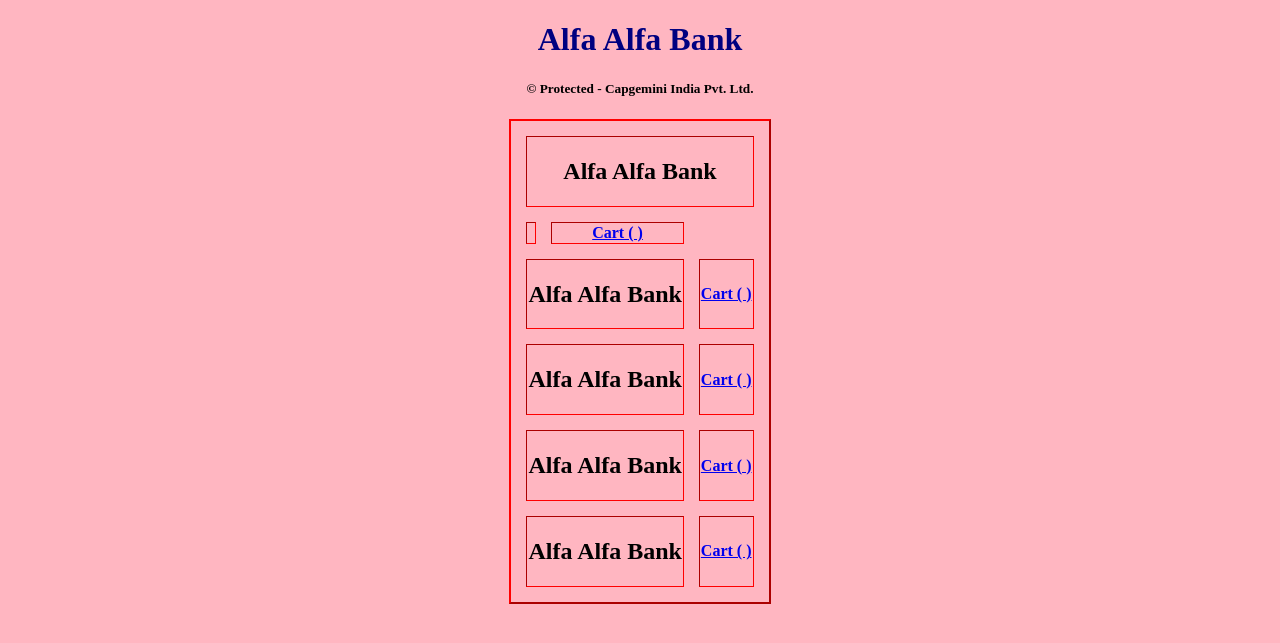
Repository: Rccalfa123/OnlineBankingApp
Page: http://localhost/AlfaAlfaBankApp/home.jsp
An editor plug-in stored every save of this project. The page is shown before and after the next save, followed by the edit.
The browser window is 1280 px wide. The pictures show the whole page.
The page is served by Tomcat 9. Other server files are loaded and not shown.

Above is the page before, as saved 2018-08-10 10:40:45.

### AlfaAlfaBankApp/WebContent/home.jsp
<%@ page language="java" contentType="text/html; charset=ISO-8859-1"
	pageEncoding="ISO-8859-1"%>
<%@taglib prefix="alfa" uri="http://java.sun.com/jsp/jstl/core"%>
<!DOCTYPE html>
<html>
<head>

<link rel="stylesheet" type="text/css" href="mystyle.css">

<meta charset="ISO-8859-1">
<title>Alfa Alfa Bank</title>
</head>
<body>
	<jsp:include page="header.jsp"></jsp:include>
	<form action=".app" method="get">

		<div>
			<table cellspacing="15" align="center" border="2">
				<tr>
					<th colspan="6" height="35"><h2>Alfa Alfa Bank</h2></th>
				</tr>

				<tr>
					<th>  </th>
					<th><a href="Cart.jsp">Cart ( ${sessionScope.counter} )</a></th>
				</tr>

				<tr>
					<th colspan="4" height="35"><h2>Alfa Alfa Bank</h2></th>
					<th><a href="Cart.jsp">Cart ( ${sessionScope.counter} )</a></th>
				</tr>

				<tr>
					<th colspan="4" height="35"><h2>Alfa Alfa Bank</h2></th>
					<th><a href="Cart.jsp">Cart ( ${sessionScope.counter} )</a></th>
				</tr>

				<tr>
					<th colspan="4" height="35"><h2>Alfa Alfa Bank</h2></th>
					<th><a href="Cart.jsp">Cart ( ${sessionScope.counter} )</a></th>
				</tr>

				<tr>
					<th colspan="4" height="35"><h2>Alfa Alfa Bank</h2></th>
					<th><a href="Cart.jsp">Cart ( ${sessionScope.counter} )</a></th>
				</tr>
		</div>

	</form>
	<jsp:include page="footer.html"></jsp:include>

</body>
</html>

### AlfaAlfaBankApp/WebContent/header.jsp
<%@taglib prefix="jstl" uri="http://java.sun.com/jsp/jstl/core" %>
<div align="center">
	<h1>Alfa Alfa Bank</h1>
</div>

### AlfaAlfaBankApp/WebContent/footer.html
<div align="center">
<h5>&copy; Protected - Capgemini India Pvt. Ltd.</h5>
</div>

### AlfaAlfaBankApp/WebContent/mystyle.css
@charset "ISO-8859-1";

body {
    background-color: lightpink;
}

h1 {
    color: navy;
}

td{

 font-family: sans-serif;

}

table {
	border-color: red;
	border-right: 2px 2px 2px 2px ;
}

After the next save:
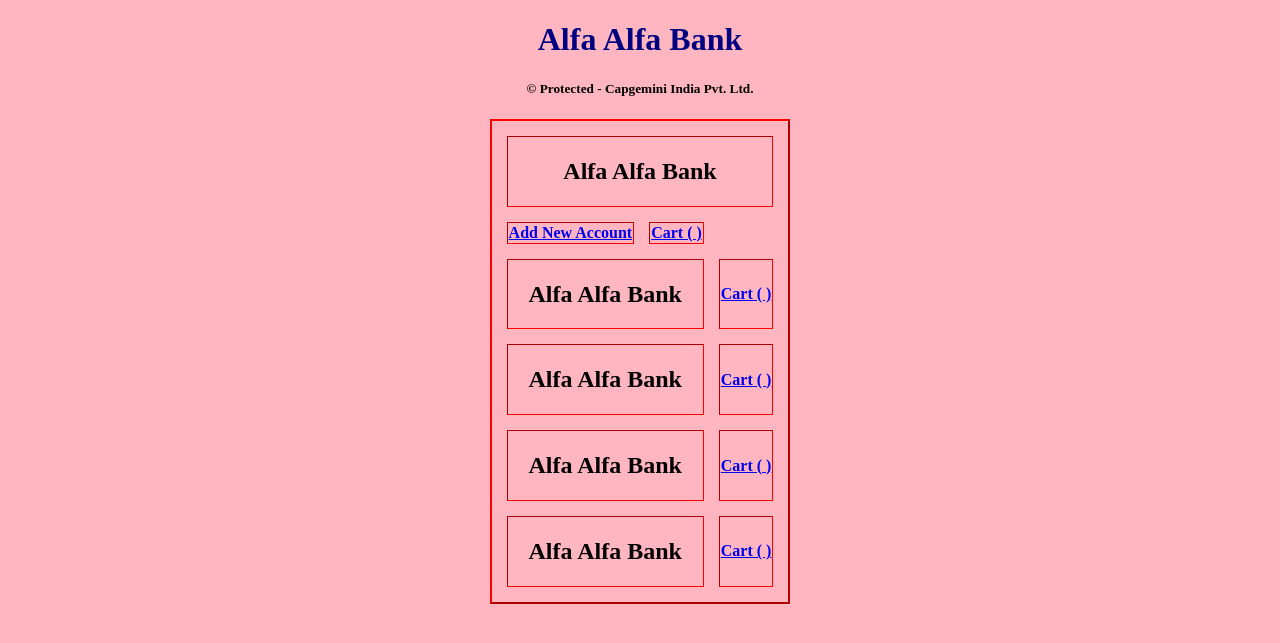
Saved 40 s later.
--- a/AlfaAlfaBankApp/WebContent/home.jsp
+++ b/AlfaAlfaBankApp/WebContent/home.jsp
@@ -21,7 +21,7 @@
 				</tr>
 
 				<tr>
-					<th>  </th>
+					<th> <a href = "addNewAccount.jsp"> Add New Account</a> </th>
 					<th><a href="Cart.jsp">Cart ( ${sessionScope.counter} )</a></th>
 				</tr>
 
